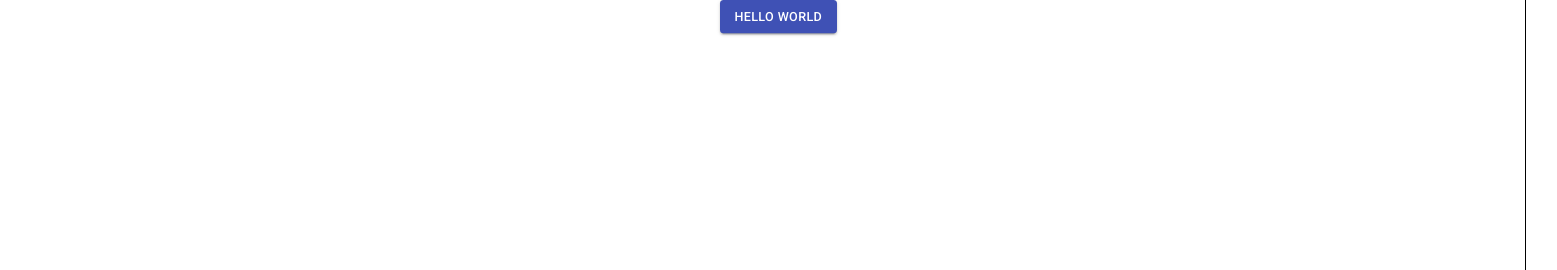
Repository: cherguiyacine/gitHubSearch
Page: /
An editor plug-in stored every save of this project. The page is shown before and after the next save, followed by the edit.
The browser window is 1280 px wide. The page is 1730 px wide, then 1280 px, so the pictures cover 1730 px, including what lies to the right of the window. The pictures show the whole page, at 90% of full size.
The project was rebuilt for these pictures with package versions that can differ from the ones it lists, and the page was loaded fresh each time. Also part of the build but not shown: src/Component/Layout/Navbar.js, src/Component/Users/UserItem.js, src/Component/Layout/Spinner.js, src/Component/Users/Users.js, src/Component/Users/Search.js, src/App.js.

Above is the page before, as saved 2019-11-21 23:08:44.

### public/index.html
<!DOCTYPE html>
<html lang="en">
  <head>
    <meta charset="utf-8" />
    <link rel="icon" href="%PUBLIC_URL%/favicon.ico" />
    <meta name="viewport" content="width=device-width, initial-scale=1" />
    <meta name="theme-color" content="#000000" />
    <meta
      name="description"
      content="Web site created using create-react-app"
    />
    <link rel="apple-touch-icon" href="logo192.png" />

    <link rel="manifest" href="%PUBLIC_URL%/manifest.json" />
    <link
      rel="stylesheet"
      href="https://cdnjs.cloudflare.com/ajax/libs/font-awesome/4.7.0/css/font-awesome.min.css"
    />
    <link
      rel="stylesheet"
      href="https://fonts.googleapis.com/css?family=Roboto:300,400,500,700&display=swap"
    />
    <link
      rel="stylesheet"
      href="https://fonts.googleapis.com/icon?family=Material+Icons"
    />

    <title>Yacine App</title>
  </head>
  <body>
    <noscript>You need to enable JavaScript to run this app.</noscript>
    <div id="root"></div>
  </body>
</html>

### src/index.js
import React from "react";
import ReactDOM from "react-dom";
import "./index.css";
import App from "./App";
import Authentification from "./Authentification";
import * as serviceWorker from "./serviceWorker";

ReactDOM.render(<Authentification />, document.getElementById("root"));

// If you want your app to work offline and load faster, you can change
// unregister() to register() below. Note this comes with some pitfalls.
// Learn more about service workers: https://bit.ly/CRA-PWA
serviceWorker.unregister();

### src/Authentification.js
import React, { Component } from "react";
import Button from "@material-ui/core/Button";
import { Box } from "@material-ui/core";

export class Authentification extends Component {
  render() {
    return (
      <Box component='span' m={100} color='text.primary'>
        <Button variant='contained' color='primary'>
          Hello World
        </Button>
      </Box>
    );
  }
}

export default Authentification;

Loaded but not shown: src/index.css (common file); src/serviceWorker.js (common file); src/App.css (common file)

After the next save:
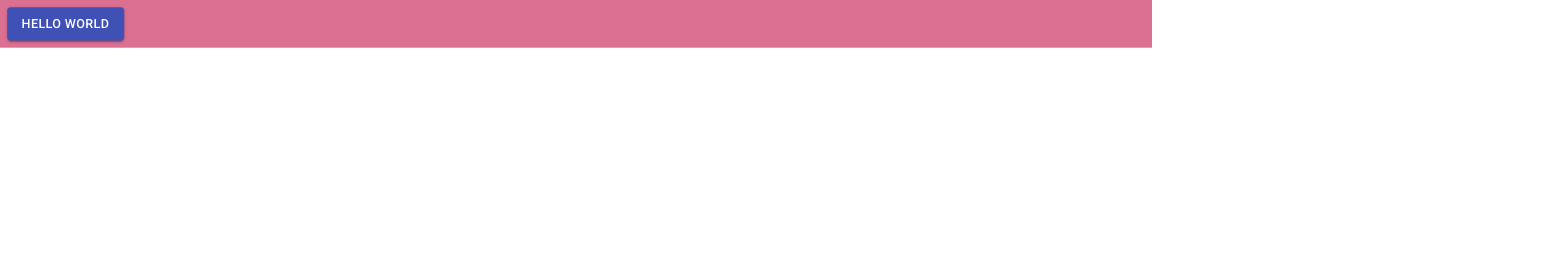
Saved 100 s later.
--- a/src/Authentification.js
+++ b/src/Authentification.js
@@ -5,7 +5,7 @@ import { Box } from "@material-ui/core";
 export class Authentification extends Component {
   render() {
     return (
-      <Box component='span' m={100} color='text.primary'>
+      <Box color='white' bgcolor='palevioletred' p={1}>
         <Button variant='contained' color='primary'>
           Hello World
         </Button>
